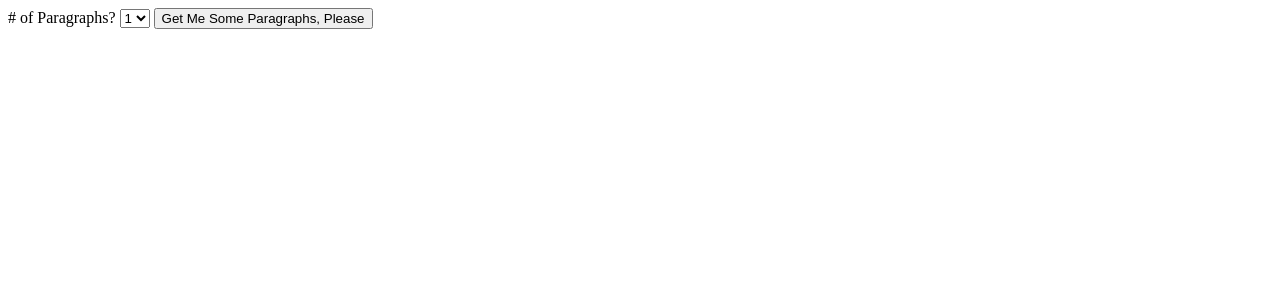
Repository: sunkim96/cosw30
Page: homework/labwork/lab4/generator_form.html
The author's editor kept a record of every edit. The page is drawn from the files as they stood at one moment, then again after the next edit.
The browser window is 1280 px wide. The pictures show the whole page.

Above is the page before.

After the next edit:
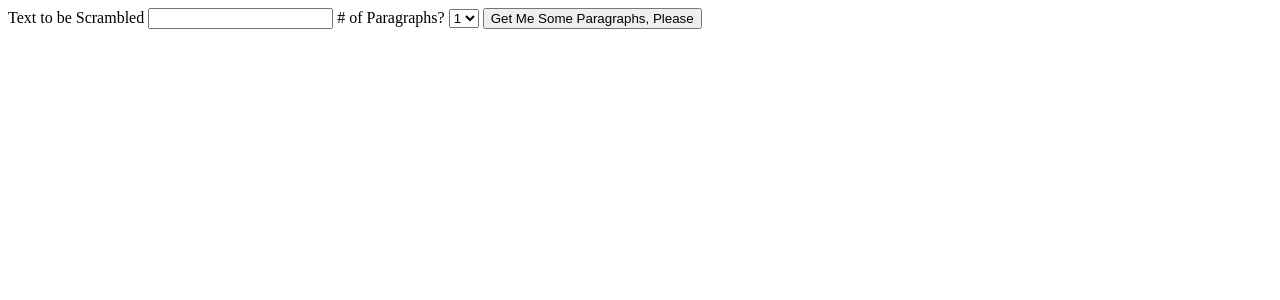
The edit:
--- a/homework/labwork/lab4/generator_form.html
+++ b/homework/labwork/lab4/generator_form.html
@@ -7,6 +7,9 @@
     <body>
 
         <form action="generator.php" method="POST">
+            <label for="">Text to be Scrambled</label>
+            <input type="text" id="text" name="text">
+
             <label for=""># of Paragraphs?</label>
             <select id="paragraphs" name="paragraphs">
                 <option value="1">1</option>
